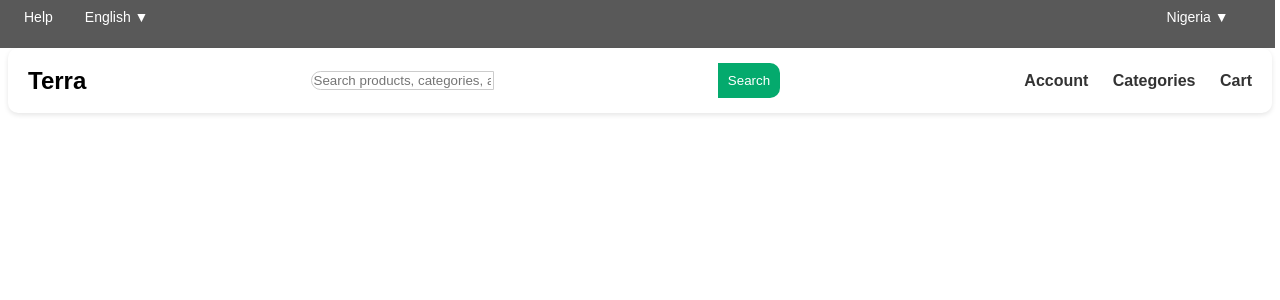
Repository: Femi007-gh/e-commerce
Page: index.html
These files come from the project's save history. The page is drawn as it stood at one moment and after a run of saves; the edit follows.
The browser window is 1280 px wide. The pictures show the whole page.

Above is the page before, as saved 2025-04-28 20:10:47.

### index.html
<html>
    <head>
      <title>Shopping Cart Page</title>
      <link rel="stylesheet" href="style.css">
    </head>
  <body>
    <header>
    <div class="div1">
<div class="top-bar">
  <div class="left">
    <div class="dropdown">
      <button class="dropbtn">Help</button>
    </div>
    <div class="dropdown">
      <button class="dropbtn">English ▼</button>
      <div class="dropdown-content">
        <a href="#">English</a>
        <a href="#">Japanese</a>
        <a href="#">Korean</a>
      </div>
    </div>
  </div>
  <div class="right">
    <div class="dropdown">
      <button class="dropbtn">Nigeria ▼</button>
      <div class="dropdown-content">
        <a href="#">Nigeria</a>
        <a href="#">USA</a>
        <a href="#">China</a>
        </div>
      </div>
     </div>
   </div>
  </div>


<nav class="nav-bar">
  <div class="logo">Terra</div>
    <input type="text" placeholder="Search products, categories, and brands" class="inp">
    <button class="search">Search</button>
  </div>
  <div class="nav-icons">
    <a href="#">Account</a>
    <a href="#">Categories</a>
    <a href="#">Cart</a>
  </div>
</nav>
  </body>
</html>

### style.css
body{
  font-family: Arial;
}
.div1{
  background-color: #595959;
  width: 101%;
  height: 50px;
  margin-left: -10px;
  margin-top: -10px;
}
.top-bar {
  background-color:  #595959;
  color: white;
  padding: 10px 20px;
  display: flex;
  justify-content: space-between;
  font-size: 14px;
}

.top-bar .left, .top-bar .right {
  display: flex;
  align-items: center;
}

.dropdown {
  position: relative;
  margin-right: 20px;
}

.dropbtn {
  background: none;
  border: none;
  color: white;
  cursor: pointer;
  font-size: 14px;
}

.dropdown-content {
  display: none;
  position: absolute;
  background-color: white;
  color:  #595959;
  min-width: 100px;
  border-radius: 5px;
  box-shadow: 0px 8px 16px rgba(0,0,0,0.2);
  z-index: 1;
}

.dropdown-content a {
  padding: 8px 12px;
  display: block;
  text-decoration: none;
  color: black;
}

.dropdown-content a:hover {
  background-color: #f1f1f1;
}

.dropdown:hover .dropdown-content {
  display: block;
}

.nav-icons a {
  margin-left: 20px;
  text-decoration: none;
  color: #333;
  font-weight: 600;
}


/* Nav bar */
.nav-bar {
  display: flex;
  justify-content: space-between;
  align-items: center;
  background: white;
  padding: 15px 20px;
  margin-bottom: 20px;
  border-radius: 10px;
  box-shadow: 0 2px 5px rgba(0,0,0,0.1);
}

.nav-bar .logo {
  font-weight: 700;
  font-size: 24px;
}


 .inp {
  border: 1px solid #ccc;
  border-radius: 10px 0 0 10px;
  height:
}

.search {
  background-color: #04AA6D;
  color: white;
  border: none;
  border-radius: 0 10px 10px 0;
  cursor: pointer;
  padding: 10px 10px;
}

.nav-icons a {
  margin-left: 20px;
  text-decoration: none;
  color: #333;
}

After the next 2 saves:
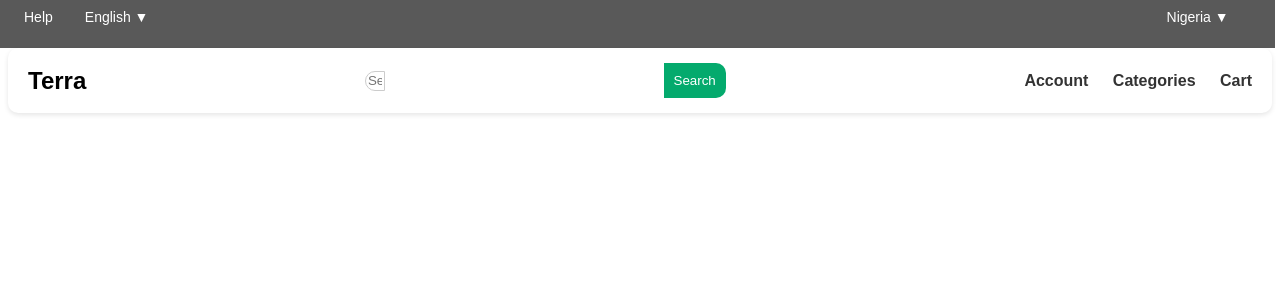
The 2 saves are shown as one change because they came seconds apart.
The last was saved 9 s later.
--- a/style.css
+++ b/style.css
@@ -90,7 +90,8 @@ body{
  .inp {
   border: 1px solid #ccc;
   border-radius: 10px 0 0 10px;
-  height:
+  height:20px;
+  width: 20px;
 }
 
 .search {
